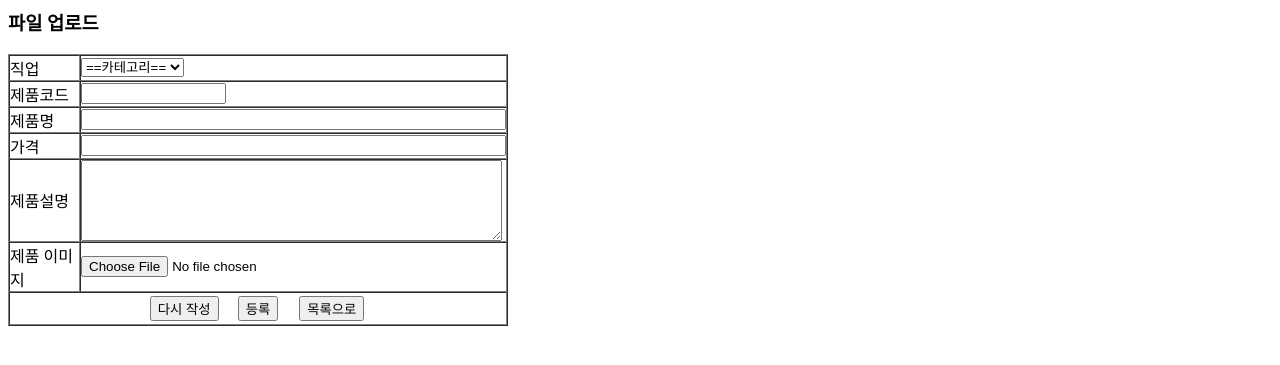
Repository: sjeong12/Photos
Page: http://localhost/LSJ_PHOTO/admin/addProduct.jsp
An editor plug-in stored every save of this project. The page is shown before and after the next save, followed by the edit.
The browser window is 1280 px wide. The pictures show the whole page.
The page is served by Tomcat 9.

Above is the page before, as saved 2016-12-06 15:38:52.

After the next save:
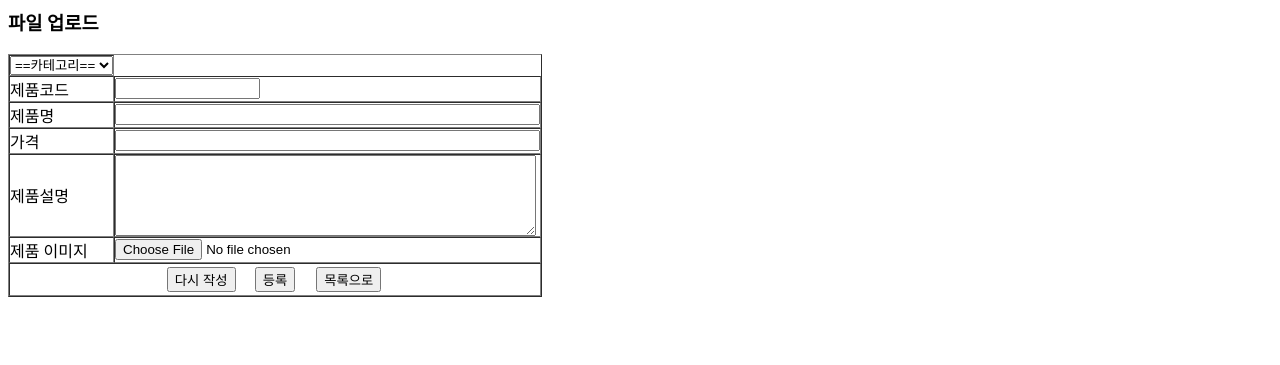
Saved 80 s later.
--- a/LSJ_PHOTO/WebContent/admin/addProduct.jsp
+++ b/LSJ_PHOTO/WebContent/admin/addProduct.jsp
@@ -57,7 +57,7 @@ function submit_list()
 <BODY>
 <FORM NAME = "frm_file" ACTION = "addProduct_ok.jsp" METHOD = "post" ENCTYPE="multipart/form-data">
 <TABLE WIDTH = "500" BORDER = "1" CellPadding = "0" CellSpacing = "0">
-	<TR><TD WIDTH = "40%" ALIGN = "left">직업</TD>
+	<TR>
         <TD WIDTH = "60%" ALIGN = "left">
         <SELECT NAME="category">
          <OPTION VALUE="">==카테고리==</OPTION>
